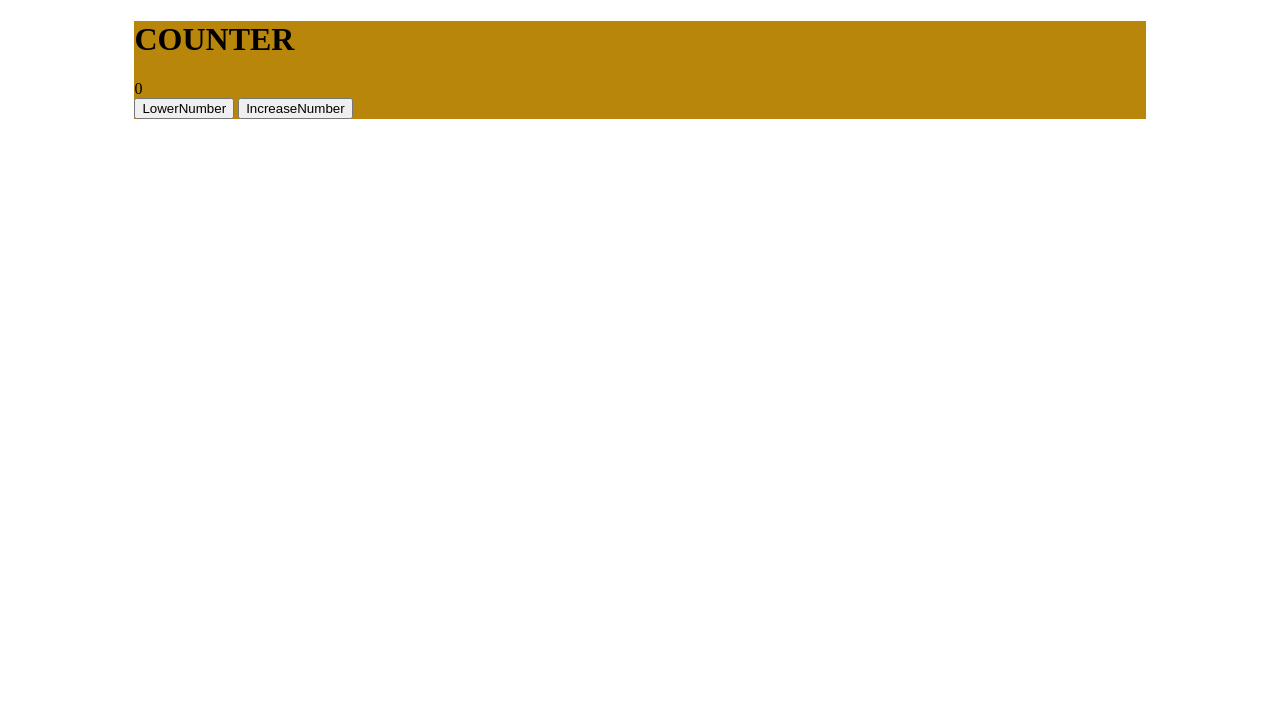
Repository: Sgalstyan06/counterNum
Page: index.html
The author's editor kept a copy of each file at every save. The page is drawn from the files as they stood at one save, then again after the next save.
The browser window is 1280 px wide. The pictures show the whole page.

Above is the page before, as saved 2022-02-14 16:38:40.

### index.html
<!DOCTYPE html>
<html lang="en">
<head>
    <meta charset="UTF-8">
    <meta http-equiv="X-UA-Compatible" content="IE=edge">
    <meta name="viewport" content="width=device-width, initial-scale=1.0">
    <title>Document</title>
    <link rel="stylesheet" href="./style.css">
</head>
<body>
    <div class="main">
        <div><h1>COUNTER</h1></div>

        <div class="result">0</div>
        <div>
            <button class="LowerNumber">LowerNumber</button>
            <button class="IncreaseNumber">IncreaseNumber</button>
        </div>
    </div>
    <script src="./script.js"></script>
</body>
</html>

### style.css
.main{
    width: 80%;
    height: ;
    margin: 0 auto;
    background-color: darkgoldenrod;
}

Loaded but not shown: script.js (no stored copy; drawn as an empty file)

After the next save:
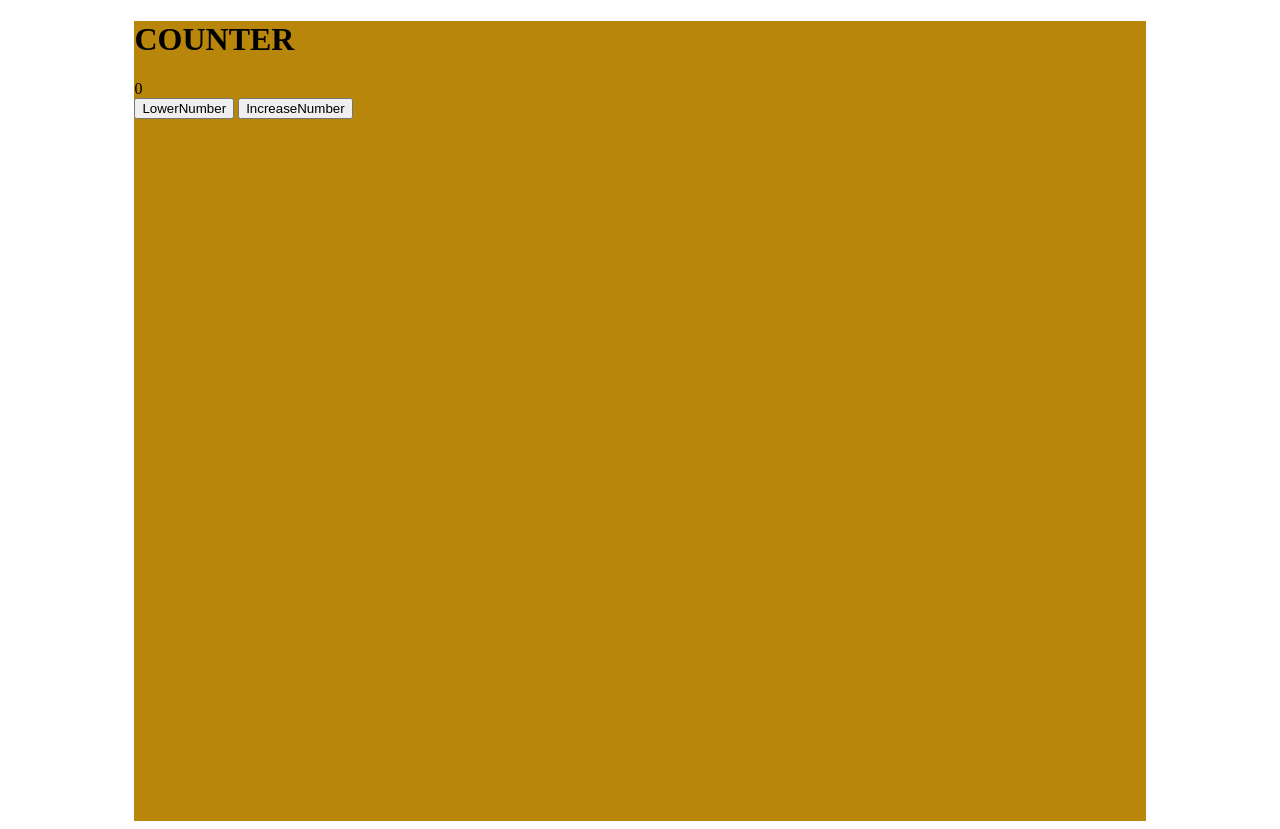
Saved 4 s later.
--- a/style.css
+++ b/style.css
@@ -1,6 +1,6 @@
 .main{
     width: 80%;
-    height: ;
+    height: 800px;
     margin: 0 auto;
     background-color: darkgoldenrod;
 }
